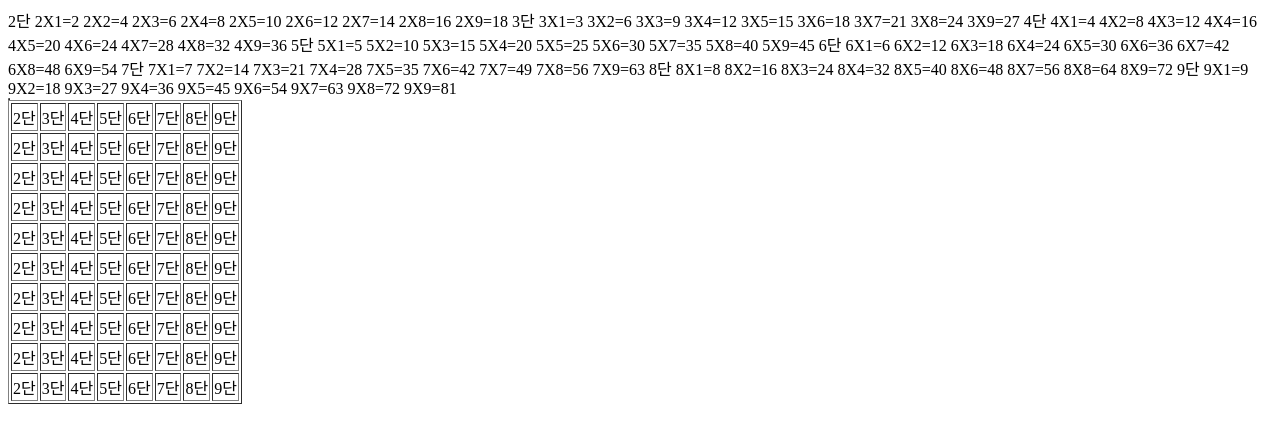
Repository: sieoh/2024html-
Page: http://localhost/jspweb_07/HW_07_이시연.jsp
The author's editor kept a copy of each file at every save. The page is drawn from the files as they stood at one save, then again after the next save.
The browser window is 1280 px wide. The pictures show the whole page.
The page is served by Tomcat 9. Other server files are loaded and not shown.

Above is the page before, as saved 2024-01-11 02:48:22.

### workspace_sts/jspweb_07/src/main/webapp/HW_07_이시연.jsp
<%@ page language="java" contentType="text/html; charset=UTF-8"
    pageEncoding="UTF-8"%>
<!DOCTYPE html>
<html>
<head>
<meta charset="UTF-8">
<title>Insert title here</title>
</head>
<body>
	<%
    	out.println("<table border='1'>");

		for(int i=2;i<10;i++) {
			out.println(i+"단");
			for(int j=1;j<10;j++) {
				out.println(i+"X"+j+"="+j*i);
			}
		}
	    out.println("</table>");
	%>
	<table border='1'>
		<tr>
			<% for(int i=2;i<10;i++) { %>
			<td><%=i+"단" %></td> <%} %>
		</tr>
		<tr>
		<%for(int j=1;j<10;j++) { %>
		<%for(int i=2;i<10;i++) { %>
		<td><%=i+"단" %></td> <%} %>
		</tr><%} %>
	</table>
</body>
</html>

After the next save:
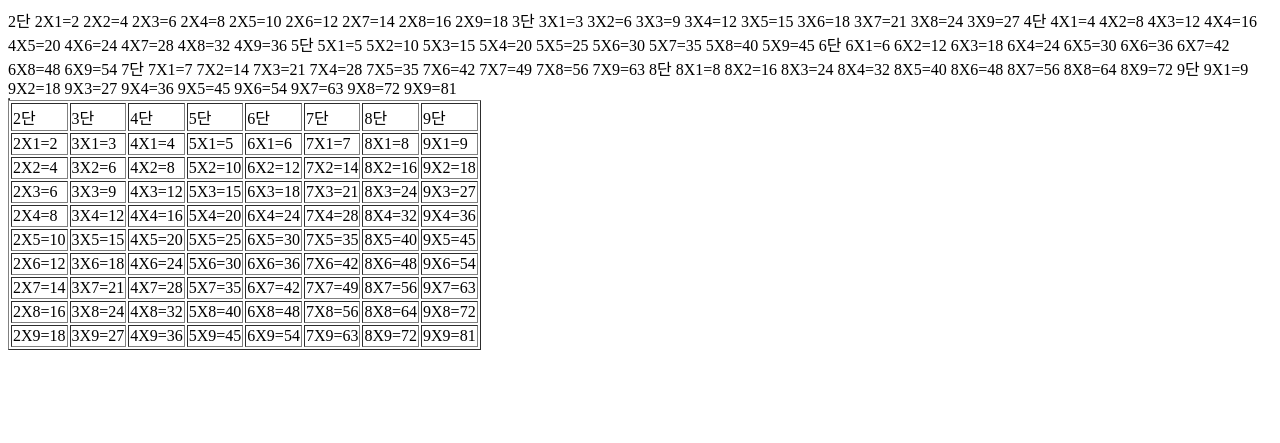
Saved 24 s later.
--- a/workspace_sts/jspweb_07/src/main/webapp/HW_07_이시연.jsp
+++ b/workspace_sts/jspweb_07/src/main/webapp/HW_07_이시연.jsp
@@ -26,7 +26,7 @@
 		<tr>
 		<%for(int j=1;j<10;j++) { %>
 		<%for(int i=2;i<10;i++) { %>
-		<td><%=i+"단" %></td> <%} %>
+		<td><%=i+"X"+j+"="+j*i %></td> <%} %>
 		</tr><%} %>
 	</table>
 </body>
